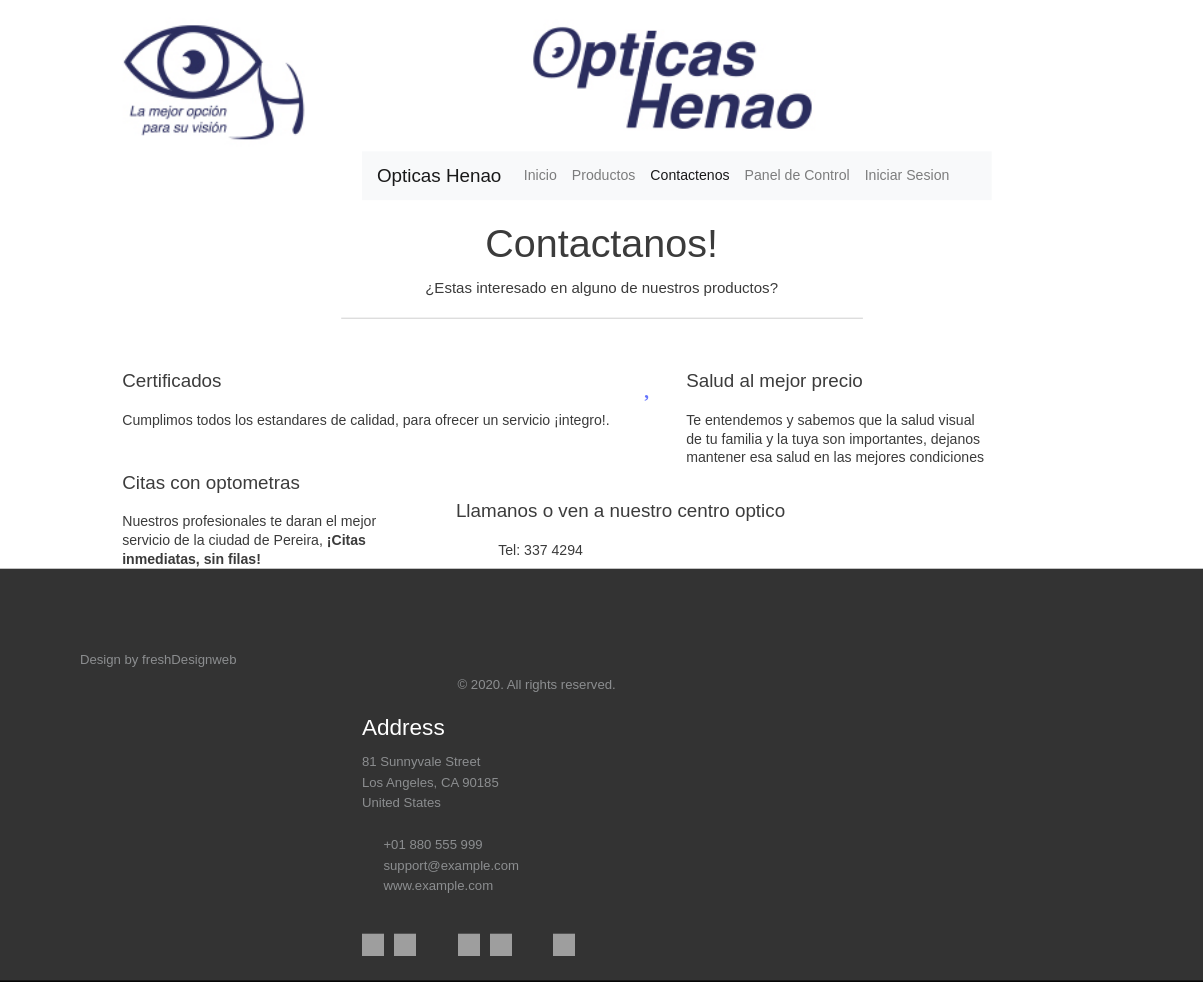
Repository: camilo1505/optometra
Page: contactanos.html
An editor plug-in stored every save of this project. The page is shown before and after a run of saves, followed by the edit.
The browser window is 1280 px wide. The pictures show the whole page, at 94% of full size.
Pictures or frames that could not be fetched are drawn as grey boxes. Some web fonts or font styles are not loaded; a fallback is used.

Above is the page before, as saved 2019-04-14 21:56:57.
Console error (its wording comes from the project's code and is left out).

After the next 2 saves:
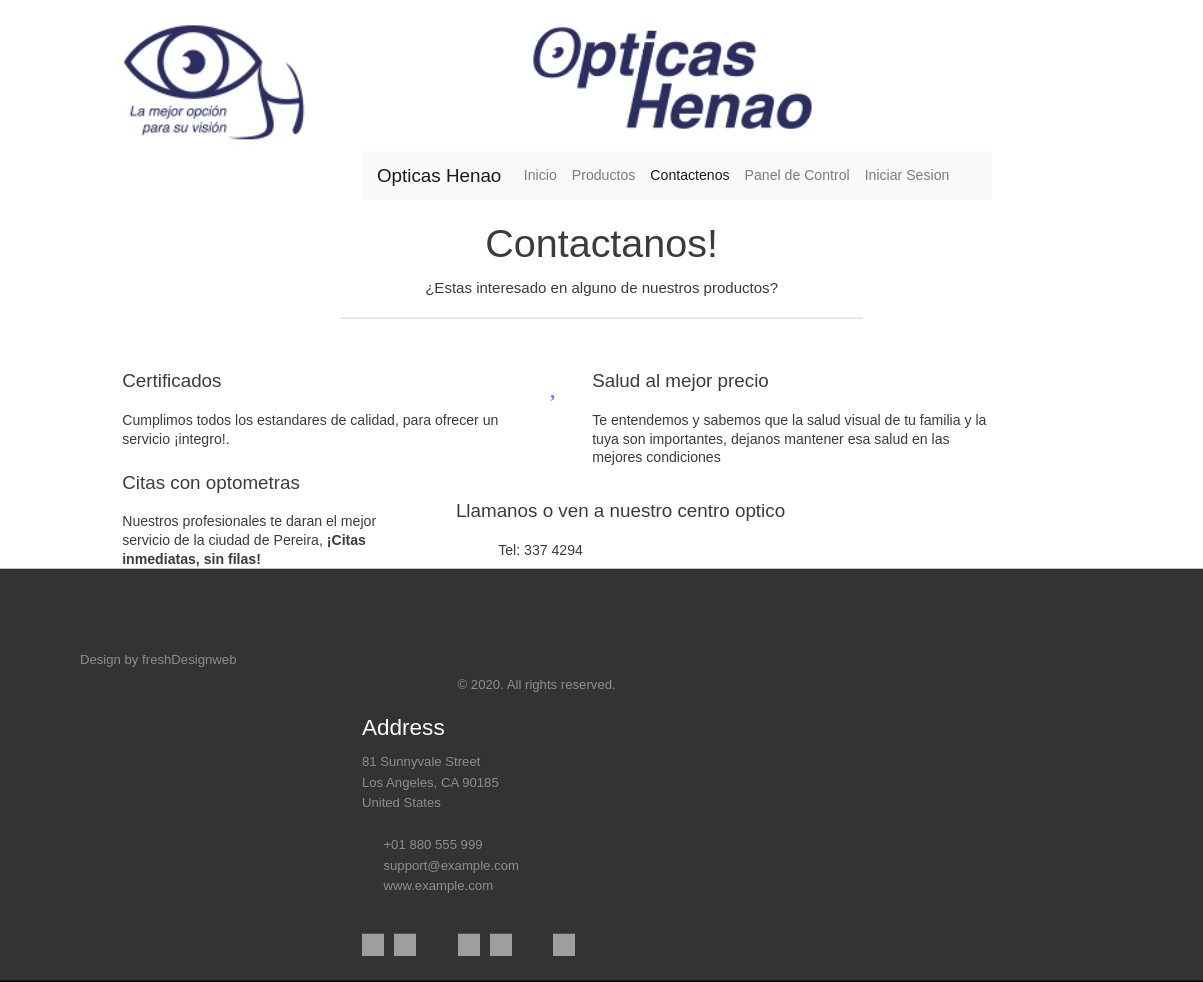
The 2 saves are shown as one change because they came seconds apart.
The last was saved 10 s later.
--- a/contactanos.html
+++ b/contactanos.html
@@ -67,7 +67,7 @@
         <div class="span12">
           <div class="row">
             <!-- Service Container -->
-            <div class="span6">
+            <div class="span5">
               <!-- Service Icon -->
               <div class="ic-1"><i class="icon-ok"></i></div>
               <!-- Service Title -->
@@ -80,7 +80,7 @@
               </div>
             </div>
             <!-- Service Container End -->
-            <div class="span4">
+            <div class="span5">
               <div class="ic-1"><i class="icon-heart"></i></div>
               <div class="title-1">
                 <h4>Salud al mejor precio</h4>
